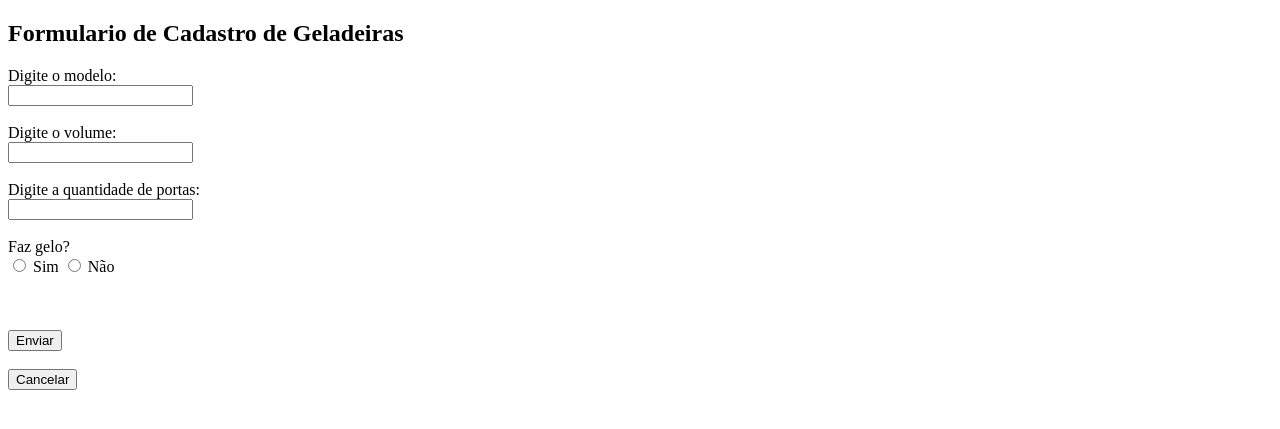
Repository: JuniorNunes7/lp4-a2
Page: http://localhost/lp4-a2/
An editor plug-in stored every save of this project. The page is shown before and after the next save, followed by the edit.
The browser window is 1280 px wide. The pictures show the whole page.
The page is served by Tomcat 9.

Above is the page before, as saved 2019-06-10 14:51:23.

After the next save:
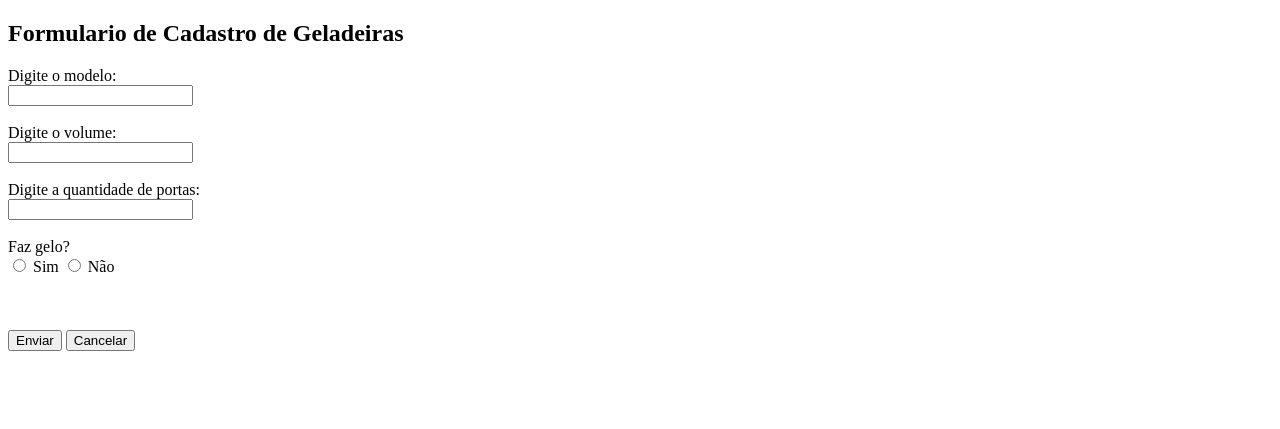
Saved 55 s later.
--- a/lp4-a2/WebContent/index.jsp
+++ b/lp4-a2/WebContent/index.jsp
@@ -30,9 +30,8 @@
 
         <br><br><br><br>
 
-        <input type="submit" value="Enviar"><br>
-        <br>
-        <input type="reset" value="Cancelar"><br>
+        <input type="submit" value="Enviar">
+        <input type="reset" value="Cancelar">
     </form>
 </body>
 </html>
